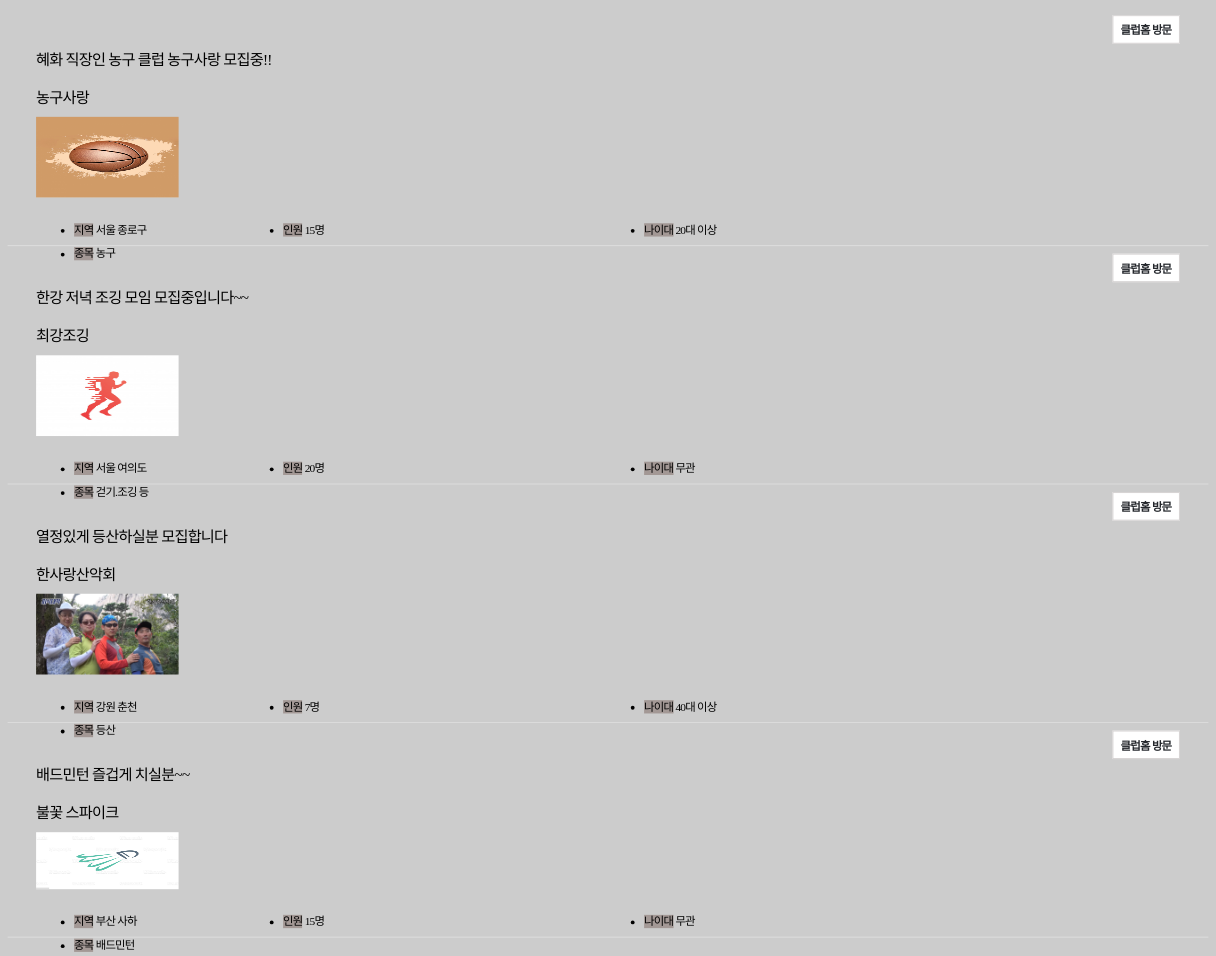
Repository: jaemin333/study
Page: club.html
An editor plug-in stored every save of this project. The page is shown before and after the next save, followed by the edit.
The browser window is 1280 px wide. The pictures show the whole page, at 95% of full size.

Above is the page before, as saved 2021-07-02 02:39:22.

### club.html
<!DOCTYPE html>
<html lang="ko">
<head>
    <meta charset="UTF-8">
    <meta http-equiv="X-UA-Compatible" content="IE=edge">
    <meta name="viewport" content="width=device-width, initial-scale=1.0">
    <link rel ="stylesheet" type = "text/css" href = "style.css">
    <title>club</title>
</head>
<body>
    <div class = "clubList">
    <div class = "clubBox">
        <p class = "clubTip">
            <a>혜화 직장인 농구 클럽 농구사랑 모집중!!</a>
        </p>
    <div class ="cbClubName">
        <a>농구사랑</a>
        <a class ="iButton">클럽홈 방문</a>
    </div>

    <div class ="cbInfo">
        <div class="cbMark">
            <span class="clubmark">
                <img src = "bask.png" width="150" height="85">
        </div>
    <ul>
        <li>
            <span class = "info dark">지역</span>
             서울 종로구
        </li>
        <li style = "width:380px;">
            <span class = "info dark">인원</span>
             15명
        </li>
        <li style = "width:380px;">
            <span class = "info dark">나이대</span>
             20대 이상
        </li>
        <li style = "width:380px;">
            <span class = "info dark">종목</span>
             농구
        </li>
    </ul>
    </div>
    </div>
    </div>

    <div class = "clubList">
        <div class = "clubBox">
            <p class = "clubTip">
                <a>한강 저녁 조깅 모임 모집중입니다~~</a>
            </p>
        <div class ="cbClubName">
            <a>최강조깅</a>
            <a class ="iButton">클럽홈 방문</a>
        </div>

        <div class ="cbInfo">
            <div class="cbMark">
                <span class="clubmark">
                    <img src = "run.jpg" width="150" height="85">
            </div>
        <ul>
            <li>
                <span class = "info dark">지역</span>
                 서울 여의도
            </li>
            <li style = "width:380px;">
                <span class = "info dark">인원</span>
                 20명
            </li>
            <li style = "width:380px;">
                <span class = "info dark">나이대</span>
                 무관
            </li>
            <li style = "width:380px;">
                <span class = "info dark">종목</span>
                 걷기.조깅 등
            </li>
        </ul>
        </div>
        </div>
        </div>

        <div class = "clubList">
            <div class = "clubBox">
                <p class = "clubTip">
                    <a>열정있게 등산하실분 모집합니다</a>
                </p>
            <div class ="cbClubName">
                <a>한사랑산악회</a>
                <a class ="iButton">클럽홈 방문</a>
            </div>

            <div class ="cbInfo">
                <div class="cbMark">
                    <span class="clubmark">
                        <img src = "hike.png" width="150" height="85">
                </div>
            <ul>
                <li>
                    <span class = "info dark">지역</span>
                     강원 춘천
                </li>
                <li style = "width:380px;">
                    <span class = "info dark">인원</span>
                     7명
                </li>
                <li style = "width:380px;">
                    <span class = "info dark">나이대</span>
                     40대 이상
                </li>
                <li style = "width:380px;">
                    <span class = "info dark">종목</span>
                     등산
                </li>
            </ul>
            </div>
            </div>
            </div>


            <div class = "clubList">
                <div class = "clubBox">
                    <p class = "clubTip">
                        <a>배드민턴 즐겁게 치실분~~</a>
                    </p>
                <div class ="cbClubName">
                    <a>불꽃 스파이크</a>
                    <a class ="iButton">클럽홈 방문</a>
                </div>

                <div class ="cbInfo">
                    <div class="cbMark">
                        <span class="clubmark">
                            <img src = "badminton.jpg" width="150" height="60">
                    </div>
                <ul>
                    <li>
                        <span class = "info dark">지역</span>
                         부산 사하
                    </li>
                    <li style = "width:380px;">
                        <span class = "info dark">인원</span>
                         15명
                    </li>
                    <li style = "width:380px;">
                        <span class = "info dark">나이대</span>
                         무관
                    </li>
                    <li style = "width:380px;">
                        <span class = "info dark">종목</span>
                         배드민턴
                    </li>
                </ul>
                </div>
                </div>
                </div>








</body>
</html>

### style.css
div {
    display:block;
}



body {
    background-color: #ccc;
    word-break: break-all;
    -ms-word-break: break-all;
    letter-spacing: -0.050em;
}


.clubBox{
    position: relative;
    padding: 25px 30px 30px 30px;
    border-bottom: 1px solid #dddddd;
}


ul{
    display: block;
    margin-block-start: 1em;
    margin-block-end: 1em;
    margin-inline-start: 0px;
    margin-inline-end: 0px;
    padding-inline-start: 40px;
}

.clubBox li .info.dark{
    background-color: #a39895;
}

.iButton {
    display: inline-block;
    height: 18px;
    padding: 5px 8px;
    font-size: 12px;
    font-weight: bold;
    color: #24272c;
    text-align: center;
    background-color: white;
    border: 1px solid #d4d1d1;
}

.clubBox .iButton {
    position: absolute;
    top: 8px;
    right: 30px;
}

li {
    display: list-item;
    text-align: -webkit-match-parent;
}

.clubBox .cbInfo li {
    float: left;
    width: 220px;
    margin: 4px 0 3px 0;
    font-size: 12px;
    color: black;
}

.cbClubName {
    padding-bottom: 10px;
}

After the next save:
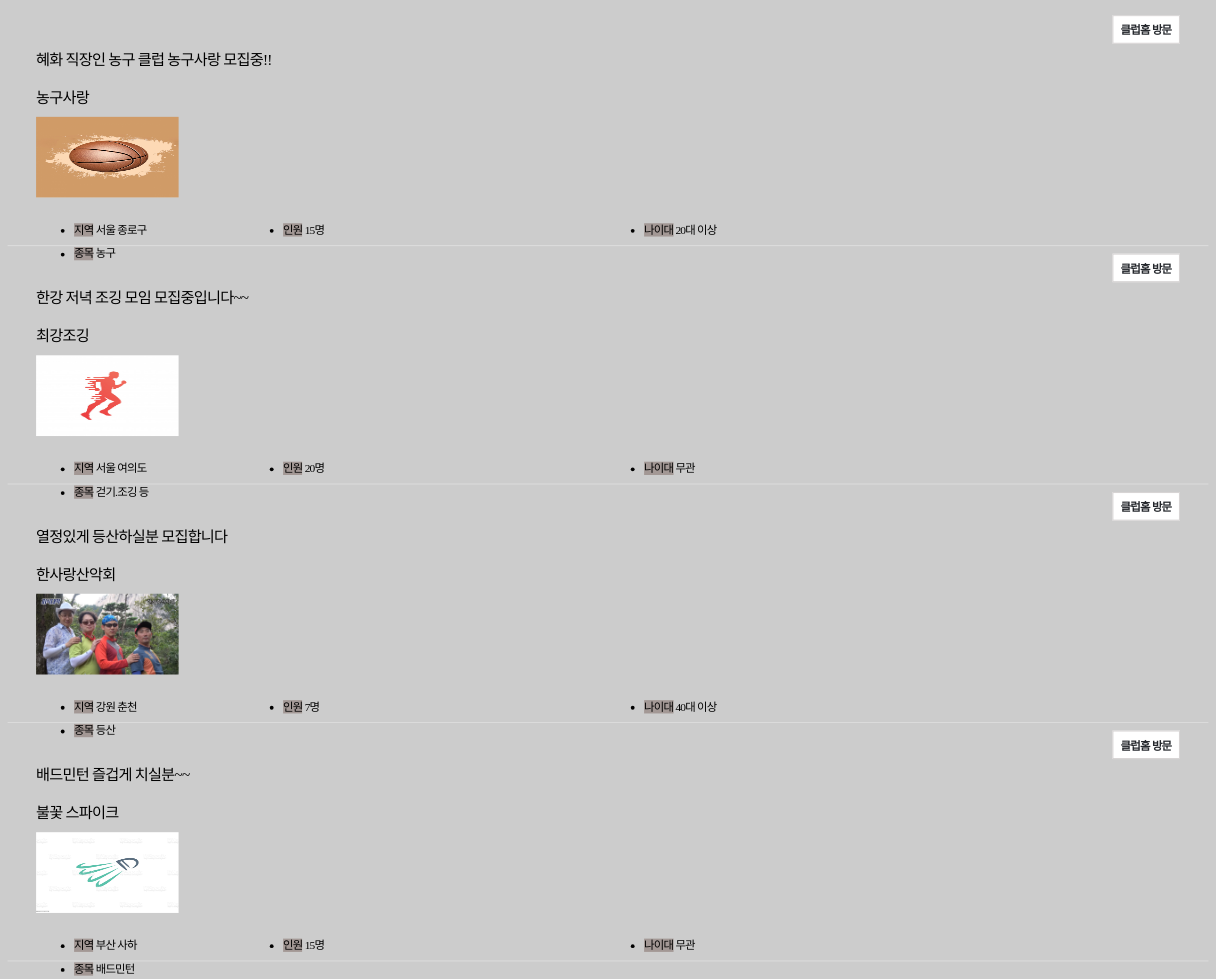
Saved 10 s later.
--- a/club.html
+++ b/club.html
@@ -133,7 +133,7 @@
                 <div class ="cbInfo">
                     <div class="cbMark">
                         <span class="clubmark">
-                            <img src = "badminton.jpg" width="150" height="60">
+                            <img src = "badminton.jpg" width="150" height="85">
                     </div>
                 <ul>
                     <li>
